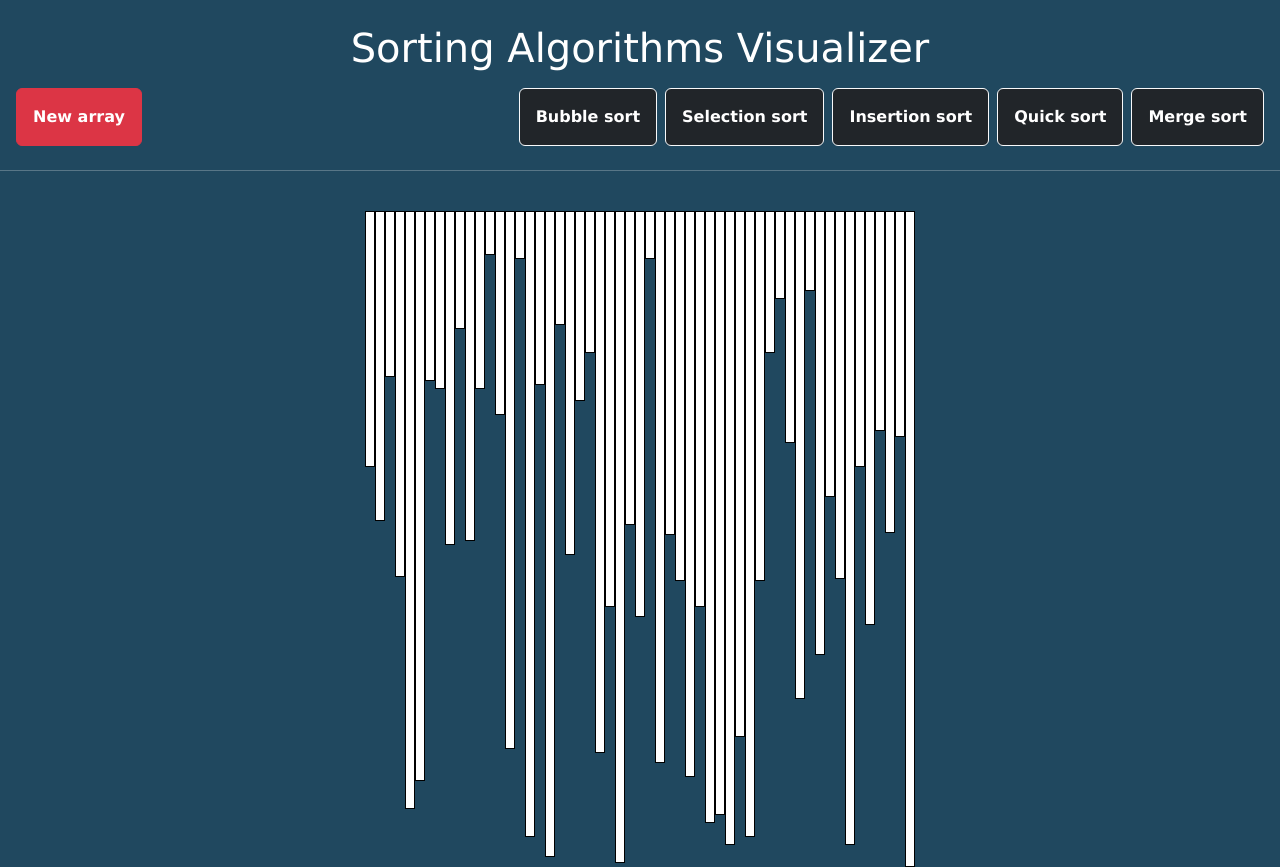
Repository: Vasil1001/Sorting-Algorithms-Visualizer-js
Page: views/index.html
The author's editor kept a copy of each file at every save. The page is drawn from the files as they stood at one save, then again after the next save.
The browser window is 1280 px wide. The pictures show the whole page.

Above is the page before, as saved 2022-11-03 18:15:41.

After the next save:
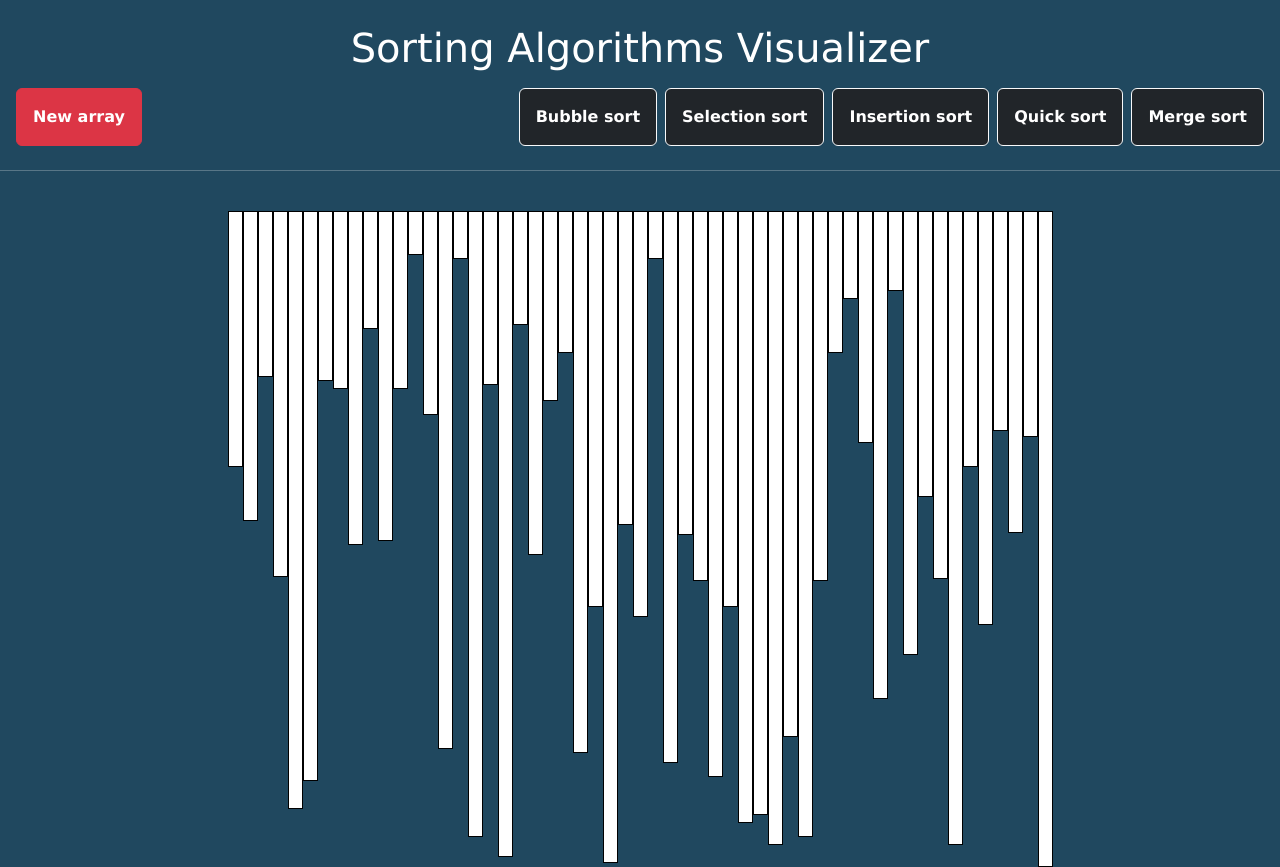
Saved 9 s later.
--- a/css/base.css
+++ b/css/base.css
@@ -19,6 +19,6 @@ body {
 .flex-item{
     background: rgb(255, 255, 255);
     border: 1pt solid black;
-    width: 10px;
+    width: 15px;
     transition: 0.1s all ease;
 }
